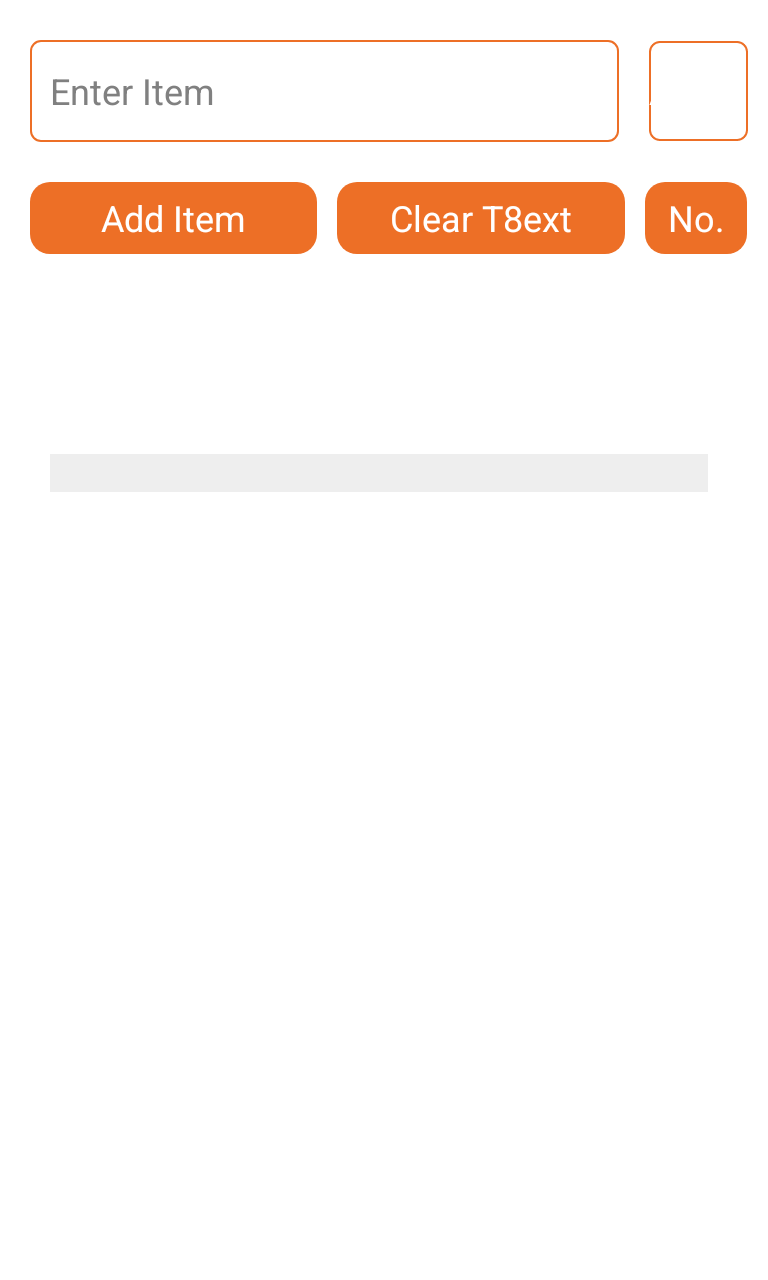
Repository: ianDervan/FYP_ShopSmart
Layout: FYP/ShopSmart/res/layout/activity_shopping_list.xml
An editor plug-in stored every save of this project. The layout is shown before and after the next save, followed by the edit.
It is drawn on a 768 x 1280 px phone screen (xhdpi) without system bars, with theme AppTheme; the app's code is not run.

Above is the layout before, as saved 2015-01-16 21:28:45.

### FYP/ShopSmart/res/layout/activity_shopping_list.xml
<?xml version="1.0" encoding="utf-8"?>
<LinearLayout xmlns:android="http://schemas.android.com/apk/res/android"
     android:layout_width="match_parent"
     android:layout_height="match_parent"
     android:orientation="vertical"
     android:padding="10dip" >

    <LinearLayout
        android:layout_width="fill_parent"
        android:layout_height="wrap_content"
        android:orientation="horizontal" >

        <AutoCompleteTextView
            android:id="@+id/autocomplete"
            android:layout_width="0dp"
            android:layout_height="51dp"
            android:layout_marginLeft="5dp"
            android:layout_marginTop="10dp"
            android:layout_weight=".9"
            android:background="@drawable/customeditext"
            android:dropDownWidth="340dp"
            android:hint="Enter Item"
            android:paddingLeft="10dp" />

        <EditText
            android:id="@+id/quantity"
            android:layout_width="0dp"
            android:layout_height="50dp"
            android:layout_weight="0.15"
            android:layout_marginLeft="15dp"
            android:layout_marginTop="10dp"
            android:background="@drawable/customeditext"
            android:text="Add"
            android:textColor="#FFFFFF" />
    </LinearLayout>

     <LinearLayout
        android:layout_width="fill_parent"
        android:layout_height="wrap_content"
        android:layout_marginTop="10dp"
        android:layout_marginLeft="5dp"
        android:orientation="horizontal" >

        <Button
            android:id="@+id/Button02"
            android:layout_width="0dp"
            android:layout_height="36dp"
            android:layout_marginTop="10dp"
            android:layout_weight="0.42"
            android:background="@drawable/custombutton_lr"
            android:text="Add Item"
            android:textColor="#FFFFFF" />

        <Button
            android:id="@+id/cleartext"
            android:layout_width="0dp"
            android:layout_height="36dp"
            android:layout_weight="0.42"
            android:layout_marginLeft="10dp"
            android:layout_marginTop="10dp"
            android:background="@drawable/custombutton_lr"
            android:text="Clear T8ext"
            android:textColor="#FFFFFF" />

        <Button
            android:id="@+id/btn_2"
            android:layout_width="0dp"
            android:layout_height="36dp"
            android:layout_weight="0.15"
            android:layout_marginLeft="10dp"
            android:layout_marginTop="10dp"
            android:background="@drawable/custombutton_lr"
            android:text="No."
            android:textColor="#FFFFFF" />
    </LinearLayout>

     <LinearLayout
         android:layout_width="fill_parent"
         android:layout_height="wrap_content"
         android:layout_marginTop="50dp"
         android:orientation="vertical" >


         <ScrollView
             android:id="@+id/ScrollView01"
             android:layout_width="match_parent"
             android:layout_height="0dp"
             android:layout_weight="2"
             android:layout_marginTop="50dp" >

             <TextView
                 android:id="@+id/txtMsg"
                 android:layout_width="match_parent"
                 android:layout_height="wrap_content"
                 android:layout_marginLeft="15dp"
                 android:layout_marginRight="20dp"
                 android:background="#ffeeeeee" />
         </ScrollView>

     </LinearLayout>
 </LinearLayout>

### FYP/ShopSmart/res/drawable/customeditext.xml
<?xml version="1.0" encoding="utf-8"?>

<shape xmlns:android="http://schemas.android.com/apk/res/android"
	android:shape="rectangle" android:padding="10dp">
	<solid android:color="#FFFFFF" />
	<corners
	    android:bottomRightRadius="5dp"
		android:bottomLeftRadius="5dp"
		android:topLeftRadius="5dp"
		android:topRightRadius="5dp" />
	<stroke android:width="1dip" android:color="#ED6F26"/>

</shape>

### FYP/ShopSmart/res/drawable/custombutton_lr.xml
<?xml version="1.0" encoding="utf-8"?>

<shape xmlns:android="http://schemas.android.com/apk/res/android"
     android:shape="rectangle">
     <solid android:color="#ED6F26"/>
     <corners android:bottomLeftRadius="10dp"
         android:bottomRightRadius="10dp"
         android:topLeftRadius="10dp"
         android:topRightRadius="10dp"/>
 </shape>

Loaded but not shown: FYP/ShopSmart/res/values/styles.xml (common file); FYP/ShopSmart/res/values-v11/styles.xml (common file); FYP/ShopSmart/res/values-v14/styles.xml (common file)

After the next save:
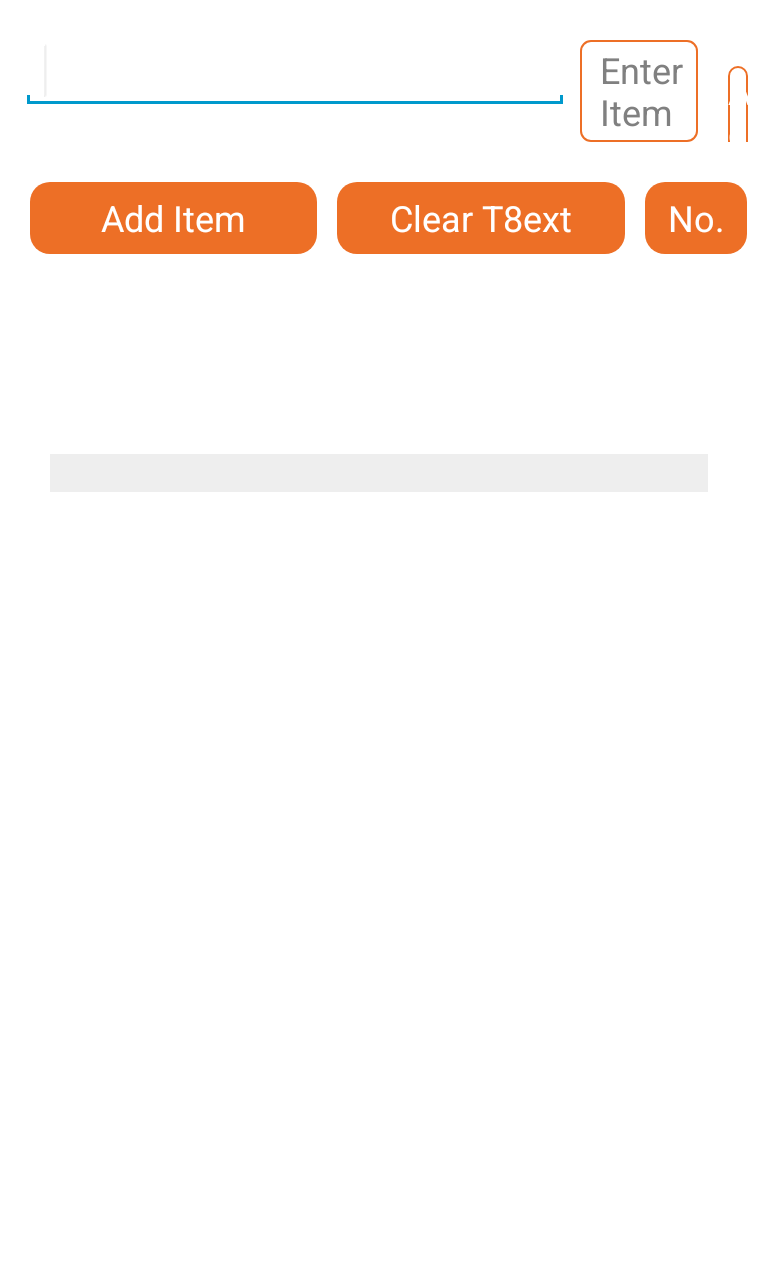
Saved 3 min 36 s later.
--- a/FYP/ShopSmart/res/layout/activity_shopping_list.xml
+++ b/FYP/ShopSmart/res/layout/activity_shopping_list.xml
@@ -9,6 +9,16 @@
         android:layout_width="fill_parent"
         android:layout_height="wrap_content"
         android:orientation="horizontal" >
+
+        <EditText
+            android:id="@+id/editText1"
+            android:layout_width="wrap_content"
+            android:layout_height="wrap_content"
+            android:layout_weight="1"
+            android:ems="10" >
+
+            <requestFocus />
+        </EditText>
 
         <AutoCompleteTextView
             android:id="@+id/autocomplete"
@@ -31,7 +41,8 @@
             android:layout_marginTop="10dp"
             android:background="@drawable/customeditext"
             android:text="Add"
-            android:textColor="#FFFFFF" />
+            android:textColor="#FFFFFF"
+            android:ems="10"/>
     </LinearLayout>
 
      <LinearLayout
